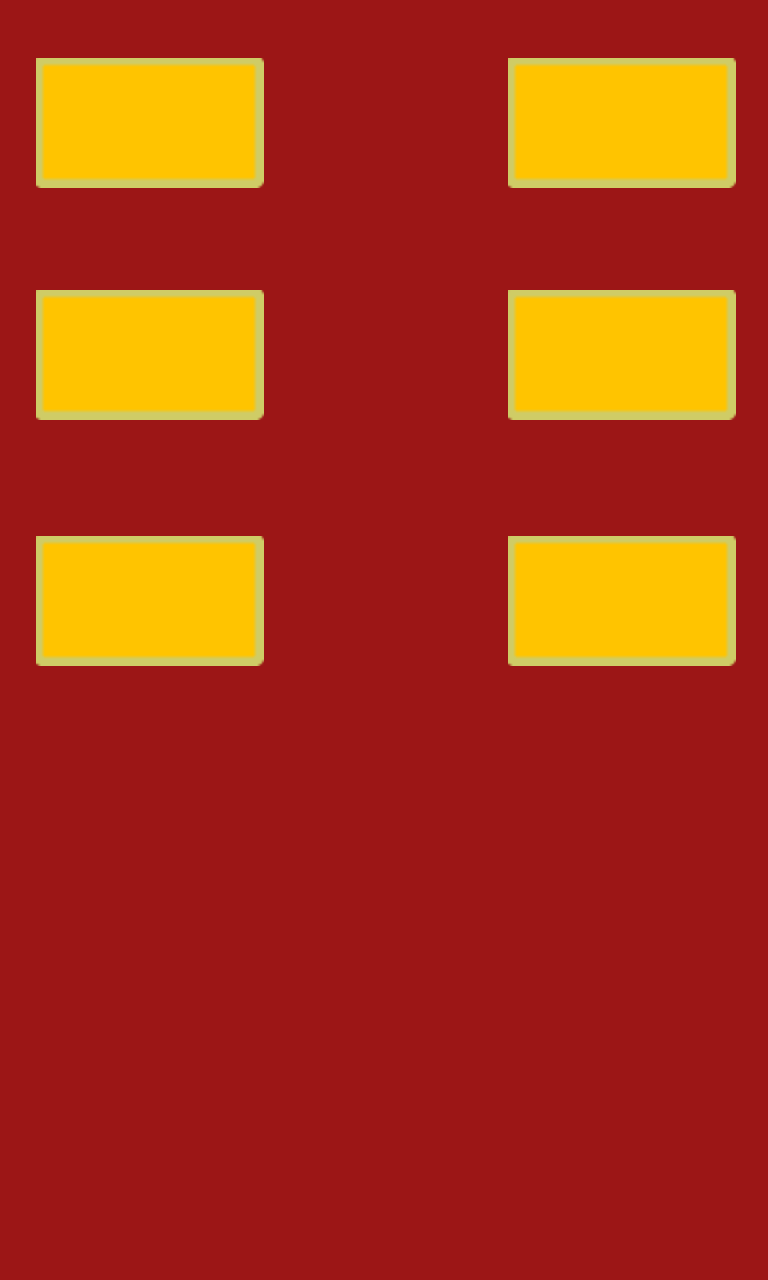
Repository: Ponokefalos/Order-Samos
Layout: Order@Samos/res/layout/activity_main_menu.xml
These files come from the project's save history. The layout is drawn as it stood at one moment and after the next save; the edit follows.
It is drawn on a 768 x 1280 px phone screen (xhdpi) without system bars, with theme AppTheme; the app's code is not run.

Above is the layout before, as saved 2014-01-26 18:10:38.

### Order@Samos/res/layout/activity_main_menu.xml
<?xml version="1.0" encoding="utf-8"?>
<RelativeLayout xmlns:android="http://schemas.android.com/apk/res/android"
    android:layout_width="match_parent"
    android:layout_height="match_parent"
    android:background="#9c1616" >

    <ScrollView
        android:id="@+id/scrollView1"
        android:layout_width="wrap_content"
        android:layout_height="wrap_content"
        android:layout_alignParentLeft="true"
        android:layout_alignParentRight="true"
        android:layout_alignParentTop="true" >

        <RelativeLayout
            android:id="@+id/RelativeLayout1"
            android:layout_width="match_parent"
            android:layout_height="448dp"
            android:orientation="vertical" >

            <ImageButton
                android:id="@+id/imageButton1"
                android:layout_width="wrap_content"
                android:layout_height="wrap_content"
                android:layout_alignParentLeft="true"
                android:layout_alignParentTop="true"
                android:layout_marginLeft="18dp"
                android:layout_marginTop="29dp"
                android:background="@null"
                android:src="@drawable/main" />

            <ImageButton
                android:id="@+id/imageButton2"
                android:layout_width="wrap_content"
                android:layout_height="wrap_content"
                android:layout_above="@+id/imageButton3"
                android:layout_alignParentRight="true"
                android:layout_marginRight="16dp"
                android:background="@null"
                android:src="@drawable/main" />

            <ImageButton
                android:id="@+id/imageButton3"
                android:layout_width="wrap_content"
                android:layout_height="wrap_content"
                android:layout_alignLeft="@+id/imageButton1"
                android:layout_below="@+id/imageButton1"
                android:layout_marginTop="51dp"
                android:background="@null"
                android:src="@drawable/main" />

            <ImageButton
                android:id="@+id/imageButton4"
                android:layout_width="wrap_content"
                android:layout_height="wrap_content"
                android:layout_above="@+id/imageButton5"
                android:layout_alignLeft="@+id/imageButton2"
                android:background="@null"
                android:src="@drawable/main" />

            <ImageButton
                android:id="@+id/imageButton5"
                android:layout_width="wrap_content"
                android:layout_height="wrap_content"
                android:layout_alignLeft="@+id/imageButton3"
                android:layout_below="@+id/imageButton3"
                android:layout_marginTop="58dp"
                android:background="@null"
                android:src="@drawable/main" />

            <ImageButton
                android:id="@+id/imageButton6"
                android:layout_width="wrap_content"
                android:layout_height="wrap_content"
                android:layout_alignLeft="@+id/imageButton4"
                android:layout_alignTop="@+id/imageButton5"
                android:background="@null"
                android:src="@drawable/main" />

        </RelativeLayout>

    </ScrollView>

</RelativeLayout>

Loaded but not shown: Order@Samos/res/values/styles.xml (common file); Order@Samos/res/values-v11/styles.xml (common file); Order@Samos/res/values-v14/styles.xml (common file)

After the next save:
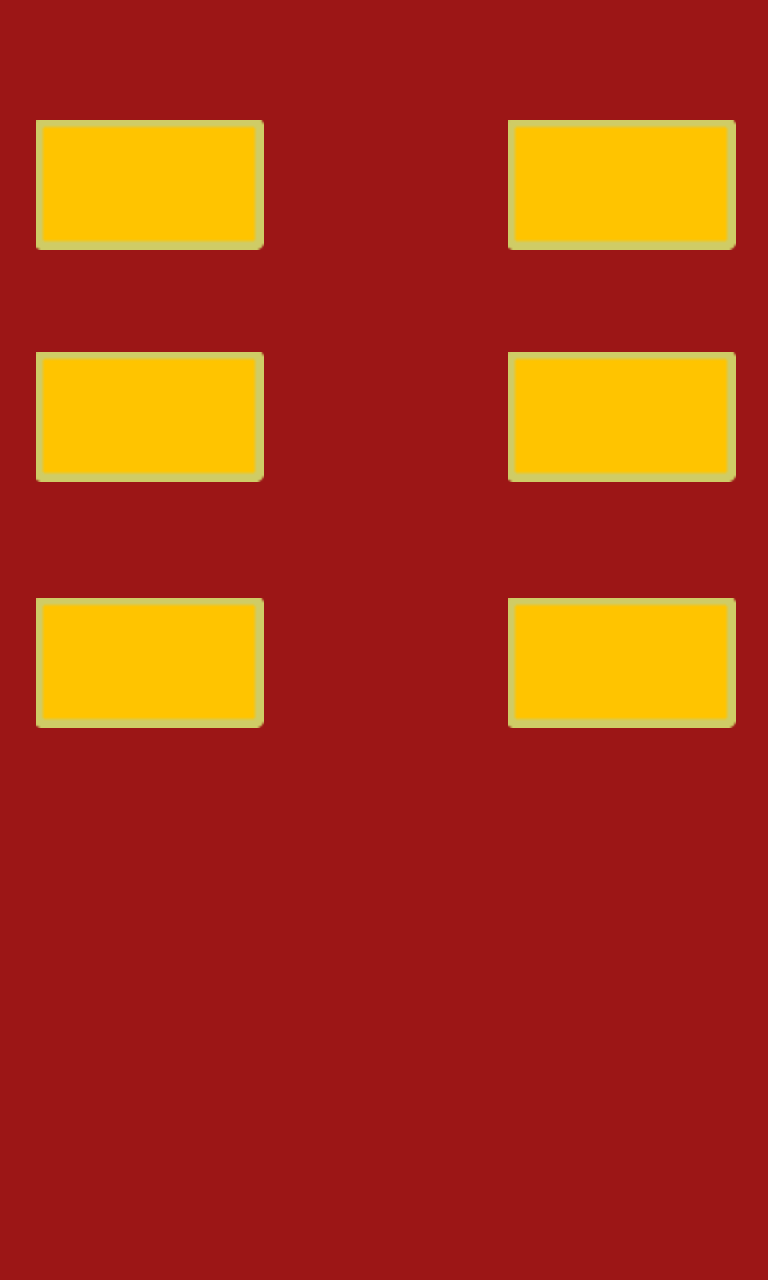
Saved 44 s later.
--- a/Order@Samos/res/layout/activity_main_menu.xml
+++ b/Order@Samos/res/layout/activity_main_menu.xml
@@ -17,17 +17,6 @@
             android:layout_width="match_parent"
             android:layout_height="448dp"
             android:orientation="vertical" >
-
-            <ImageButton
-                android:id="@+id/imageButton1"
-                android:layout_width="wrap_content"
-                android:layout_height="wrap_content"
-                android:layout_alignParentLeft="true"
-                android:layout_alignParentTop="true"
-                android:layout_marginLeft="18dp"
-                android:layout_marginTop="29dp"
-                android:background="@null"
-                android:src="@drawable/main" />
 
             <ImageButton
                 android:id="@+id/imageButton2"
@@ -77,6 +66,17 @@
                 android:background="@null"
                 android:src="@drawable/main" />
 
+            <ImageButton
+                android:id="@+id/imageButton1"
+                android:layout_width="wrap_content"
+                android:layout_height="wrap_content"
+                android:layout_alignParentLeft="true"
+                android:layout_alignParentTop="true"
+                android:layout_marginLeft="18dp"
+                android:layout_marginTop="60dp"
+                android:background="@null"
+                android:src="@drawable/main" />
+
         </RelativeLayout>
 
     </ScrollView>
